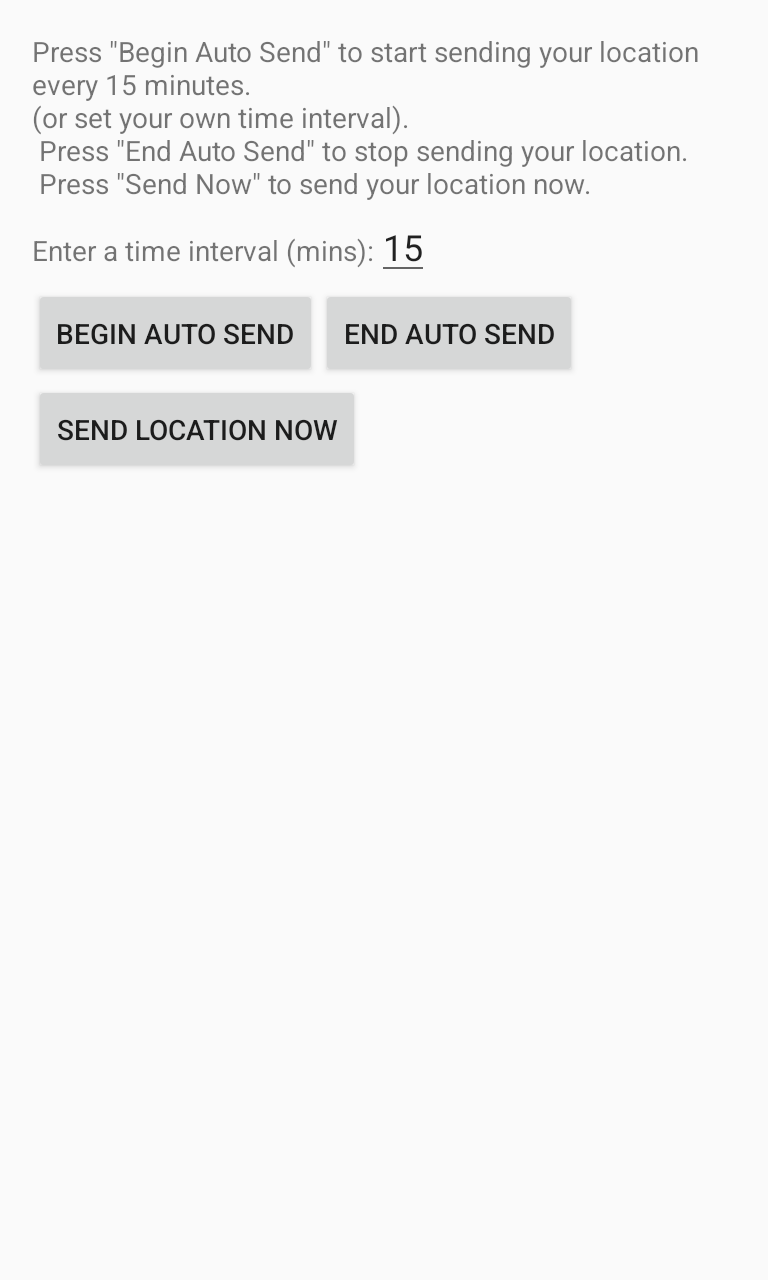
Repository: haidark/rahat
Layout: android/Rahat/res/layout/fragment_main.xml
The author's editor kept a copy of each file at every save. The layout is drawn from the files as they stood at one save, then again after the next save.
It is drawn on a 768 x 1280 px phone screen (xhdpi) without system bars, with theme AppTheme; the app's code is not run.

Above is the layout before, as saved 2014-05-04 03:48:26.

After the next save:
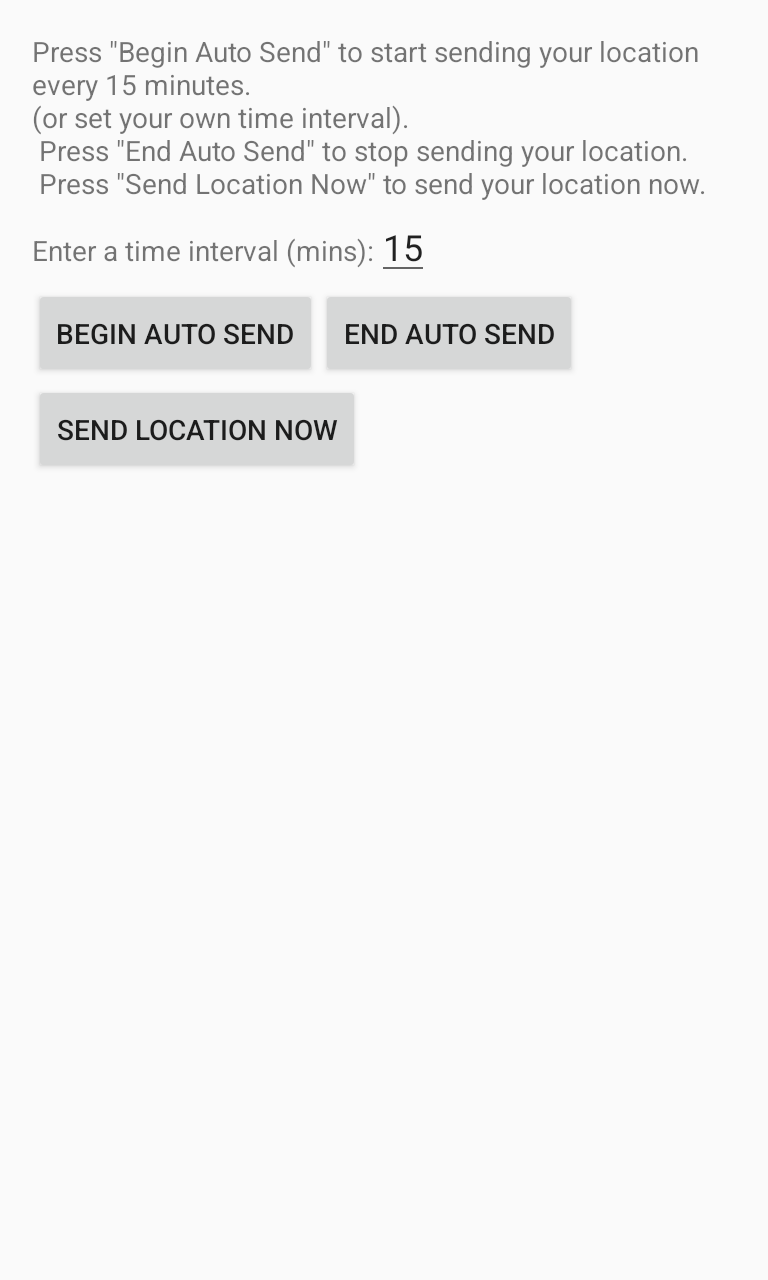
Saved 54 s later.
--- a/android/Rahat/res/values/strings.xml
+++ b/android/Rahat/res/values/strings.xml
@@ -8,7 +8,7 @@
 	    Press \"Begin Auto Send\" to start sending your location every 15 minutes.
 	    \n(or set your own time interval).\n
 	    Press \"End Auto Send\" to stop sending your location.\n
-	    Press \"Send Now\" to send your location now.
+	    Press \"Send Location Now\" to send your location now.
 	    </string>
 	<string name="text_scroll"></string>
 	<string name="text_interval">Enter a time interval (mins):</string>
